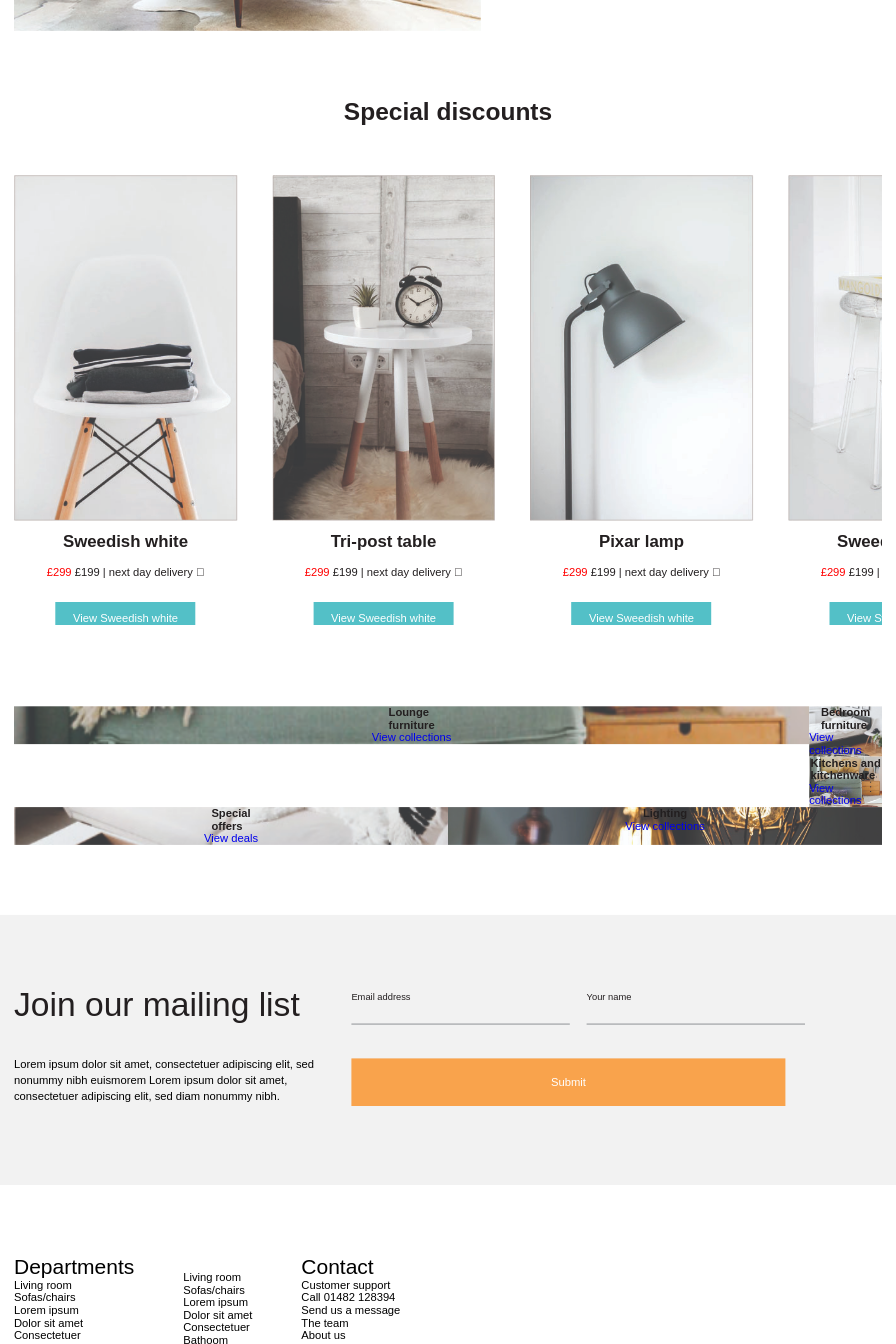
Repository: dinhhaidh/republic-web
Page: index.html
An editor plug-in stored every save of this project. The page is shown before and after the next save, followed by the edit.
The browser window is 1280 px wide. The pictures show the part of the page from y = 1120 to 3040 px (the page is 3410 px tall before and 3338 px after), at 70% of full size.
Some web fonts or font styles are not loaded; a fallback is used. Some web libraries are served in a nearby version.

Above is the page before, as saved 2024-01-26 08:29:06.

After the next save:
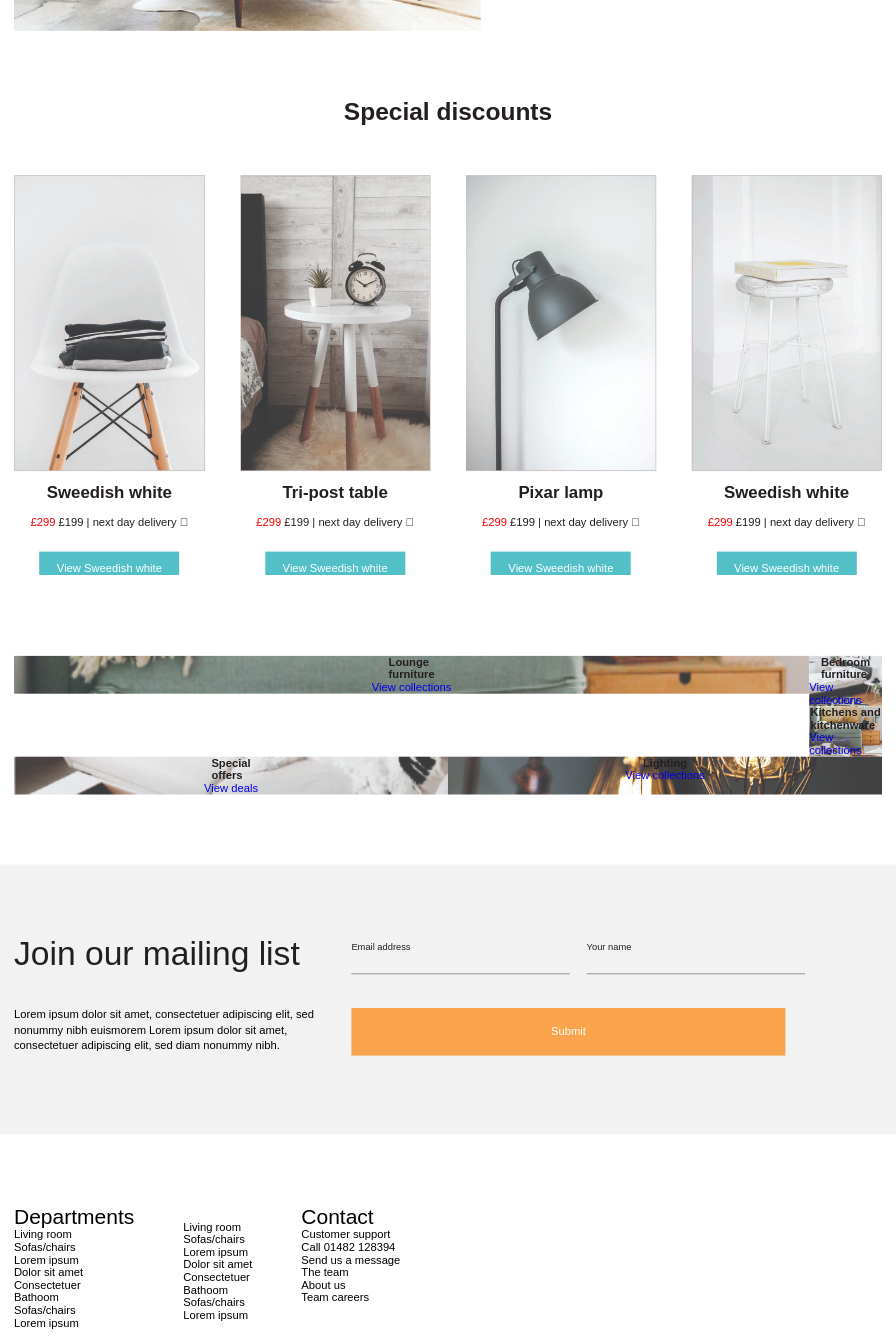
Saved 113 s later.
--- a/js/main.js
+++ b/js/main.js
@@ -57,7 +57,7 @@
       spaceBetween: 40,
     },
     "@1.50": {
-      slidesPerView: 3.5,
+      slidesPerView: 4,
       spaceBetween: 50,
     },
   },

After the save that followed:
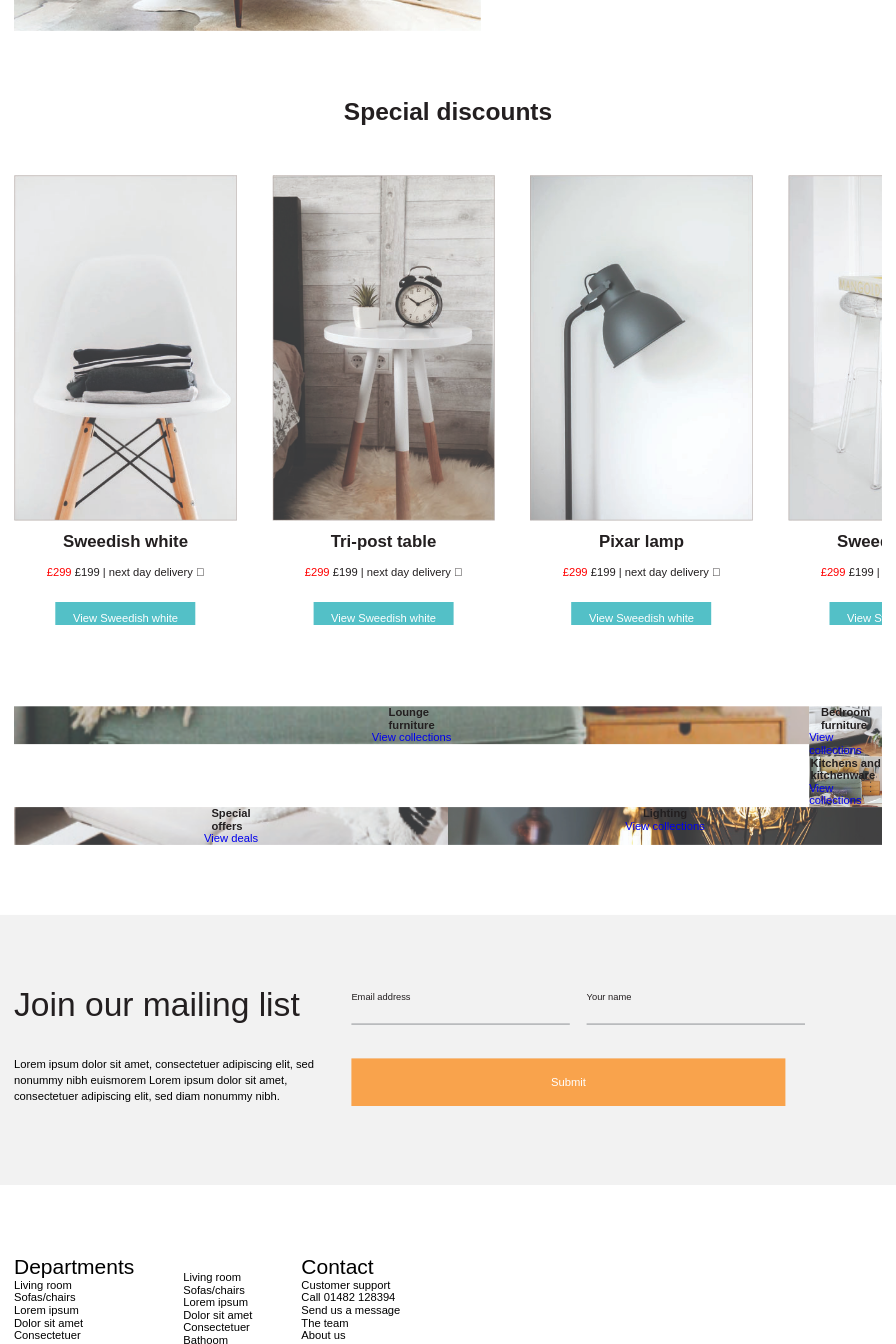
Saved 24 s later.
--- a/js/main.js
+++ b/js/main.js
@@ -57,7 +57,7 @@
       spaceBetween: 40,
     },
     "@1.50": {
-      slidesPerView: 4,
+      slidesPerView: 3.5,
       spaceBetween: 50,
     },
   },
